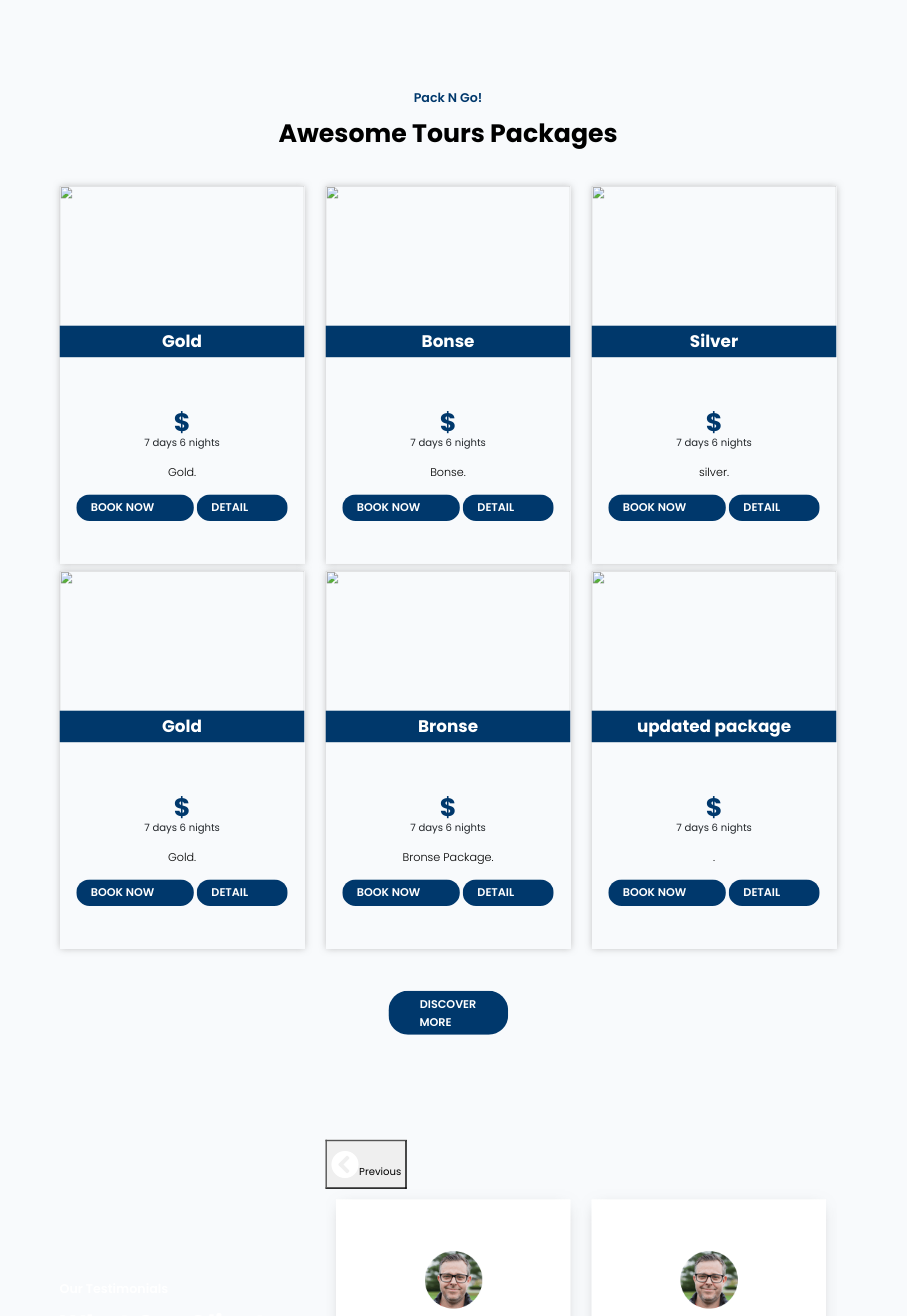
Repository: wasitmirani/laratest
Page: http://localhost/
An editor plug-in stored every save of this project. The page is shown before and after the next save, followed by the edit.
The browser window is 1280 px wide. The page is 1295 px wide, so the pictures cover 1295 px, including what lies to the right of the window. The pictures show the part of the page from y = 2675 to 4555 px (the page is 5596 px tall), at 70% of full size.
Some web libraries are served in a nearby version. The page is served by the project's Laravel application, run on PHP 8.4 with Laravel 8. The database holds what the project's SQL file puts in it.

Above is the page before, as saved 2021-06-30 12:15:27.
Console error: TypeError: Cannot read properties of undefined (reading 'settings')

After the next save:
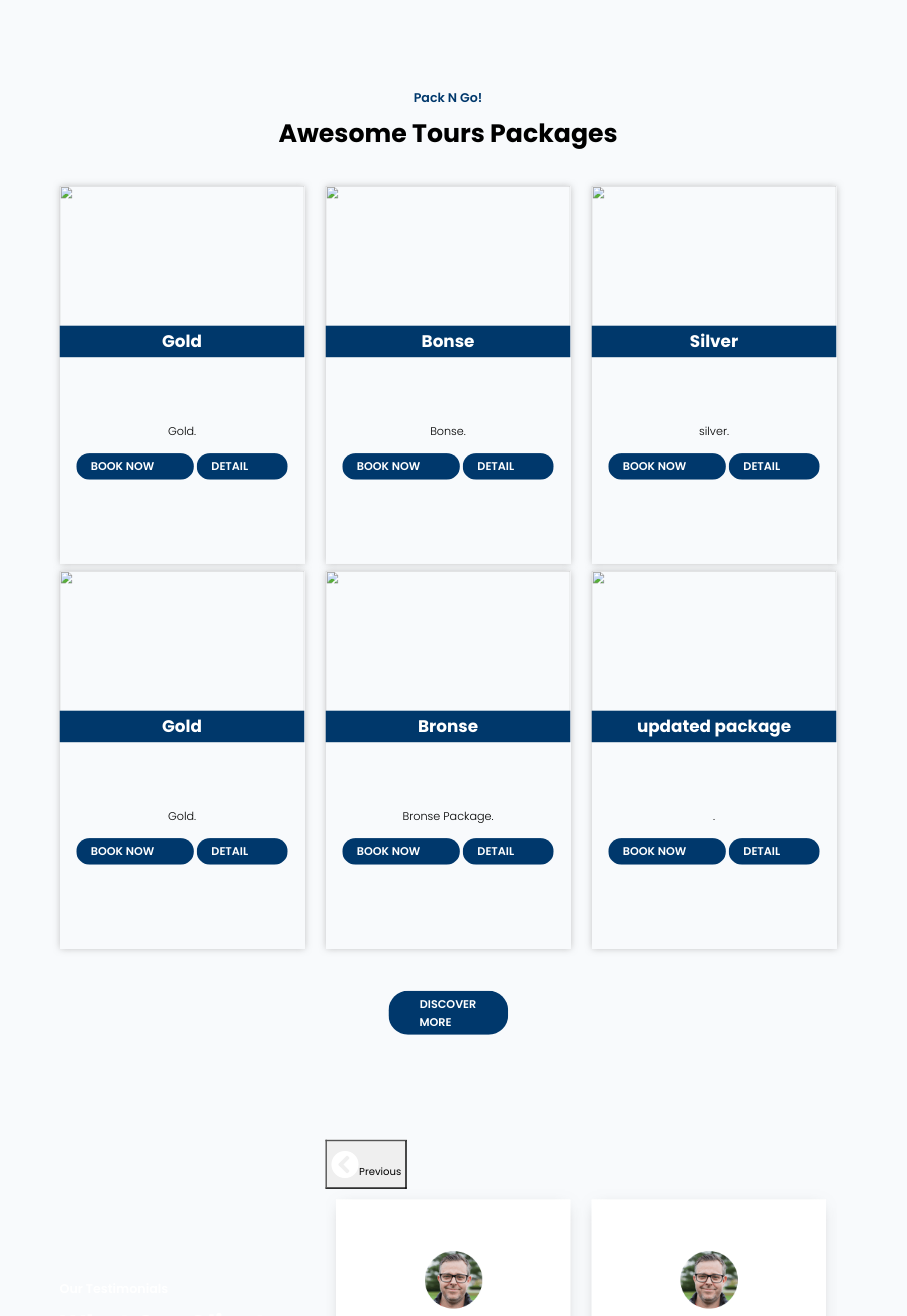
Saved 54 s later.
--- a/resources/views/frontend/components/packagesComponent.blade.php
+++ b/resources/views/frontend/components/packagesComponent.blade.php
@@ -15,7 +15,7 @@
                         <li class="list-inline-item"><i class="fas fa-comment-dots"></i>12700</li>
                     </ul> --}}
                     <div class="content">
-                        <p><strong>$ {{$package->price}}</strong>7 days 6 nights</p>
+                        {{-- <p><strong>$ {{$package->price}}</strong>7 days 6 nights</p> --}}
                         <p class="para-one">{{$package->description}}.</p>
                         <a href="{{route('book.now',$package->id)}}" class="btn btn-business">BOOK Now <NOW></NOW> <i class="fas fa-arrow-right ml-3"></i></a>
                         <a href="{{route('package.detail',$package->id)}}" class="btn btn-business">Detail <NOW></NOW> <i class="fas fa-arrow-right ml-3"></i></a>
